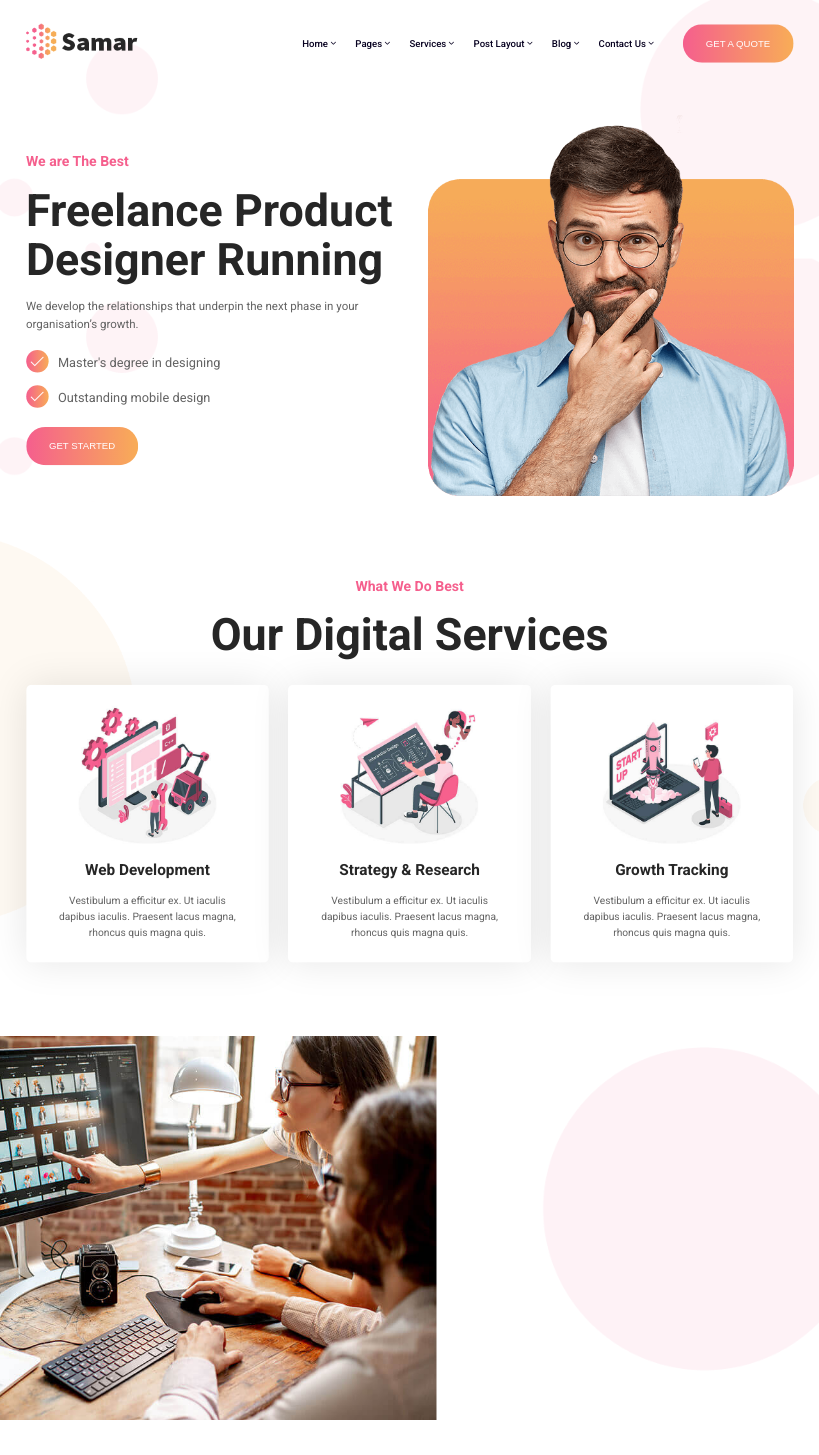
Repository: ducdatit2002/samar
Page: index.html
An editor plug-in stored every save of this project. The page is shown before and after a run of saves, followed by the edit.
The browser window is 1280 px wide. The pictures show the whole page, at 64% of full size.

Above is the page before, as saved 2023-07-27 09:07:07.

After the next 2 saves:
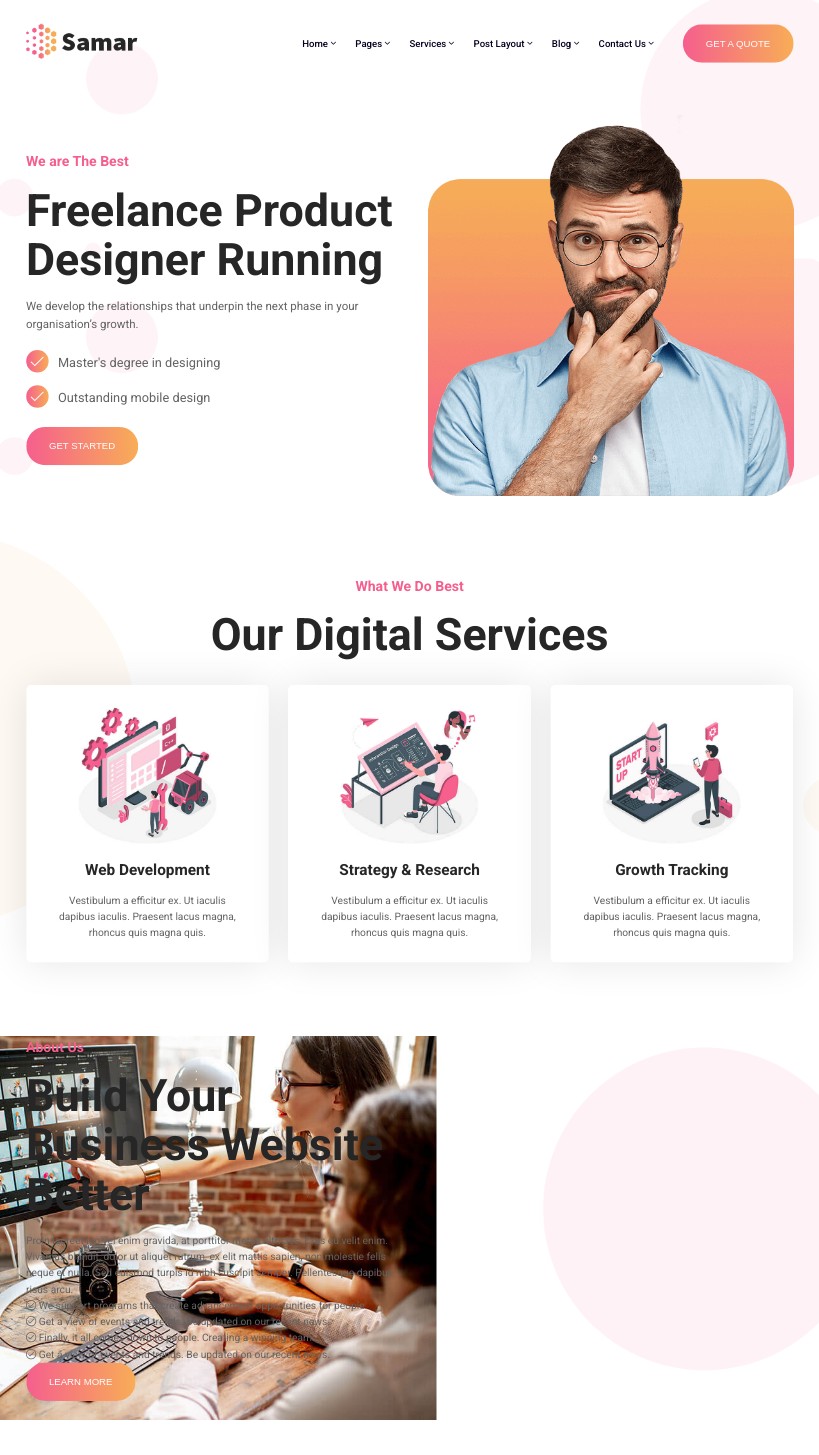
The 2 saves are shown as one change because they came seconds apart.
The last was saved 15 s later.
--- a/index.html
+++ b/index.html
@@ -177,7 +177,7 @@
           <div class="aboutUs__left wow animate__ animate__fadeInLeft animated">
             <img src="./img/pic1.jpg" alt="pic1" />
           </div>
-          <div class="aboutUs__right">
+          <div class="aboutUs__right wow animate__ animate__fadeInRight animated">
             <div class="title">
               <p>About Us</p>
               <h2>Build Your Business Website Better</h2>
